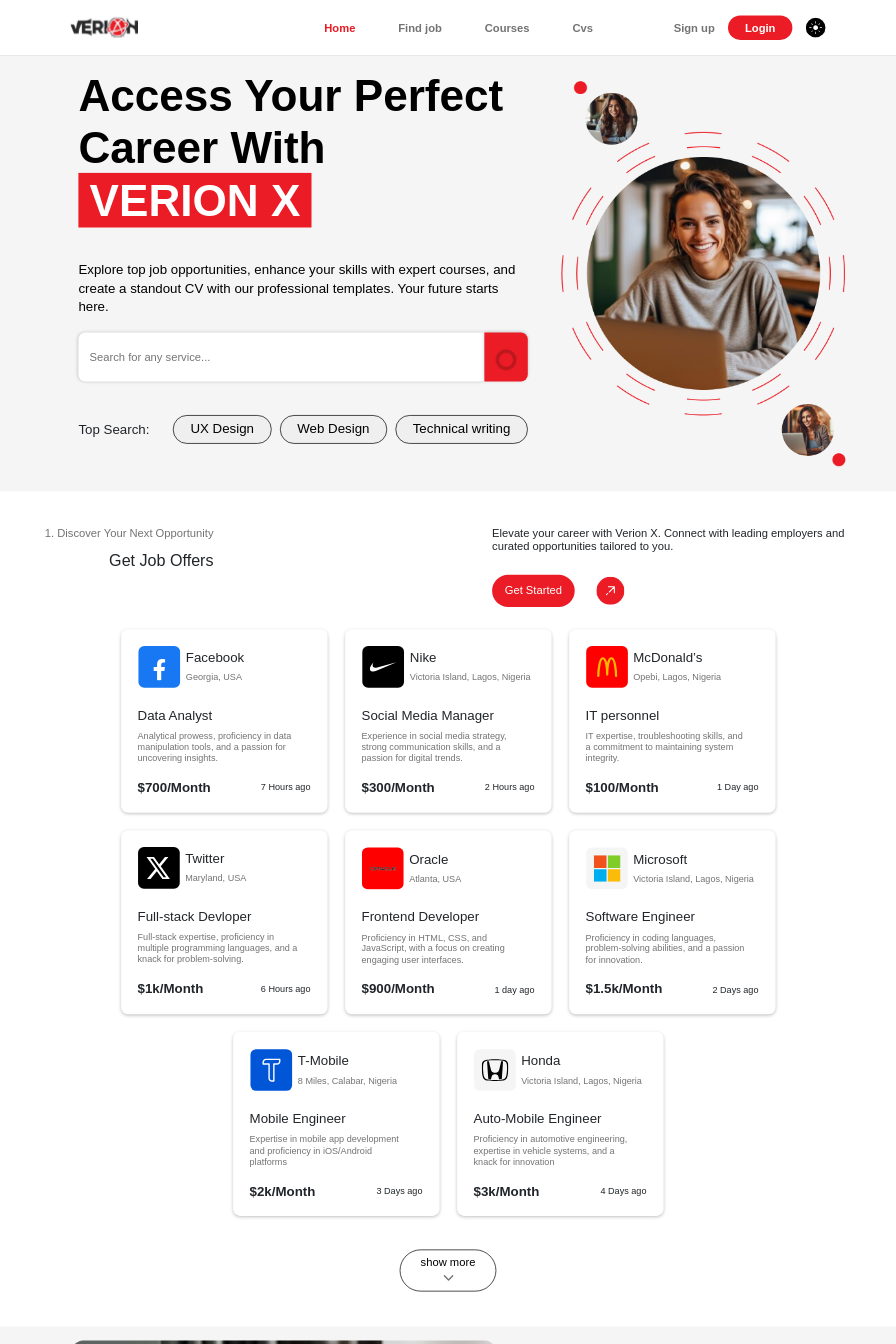
Repository: SahMenz/verionX
Page: /, after clicking the first element matching `button.bg-eb`
These files come from the project's save history. The page is drawn as it stood at one moment and after the next save; the edit follows.
The browser window is 1280 px wide. The pictures show the part of the page from y = 0 to 1920 px (the page is 5378 px tall before and 5370 px after), at 70% of full size.
The page's requests for data from a server got no answer. The project was rebuilt for these pictures with package versions that can differ from the ones it lists, and the page was loaded fresh each time. No one was signed in, and anything a server would have sent is missing. Also part of the build but not shown: vite.config.js.

Above is the page before, as saved 2024-06-28 11:19:21.

After the next save:
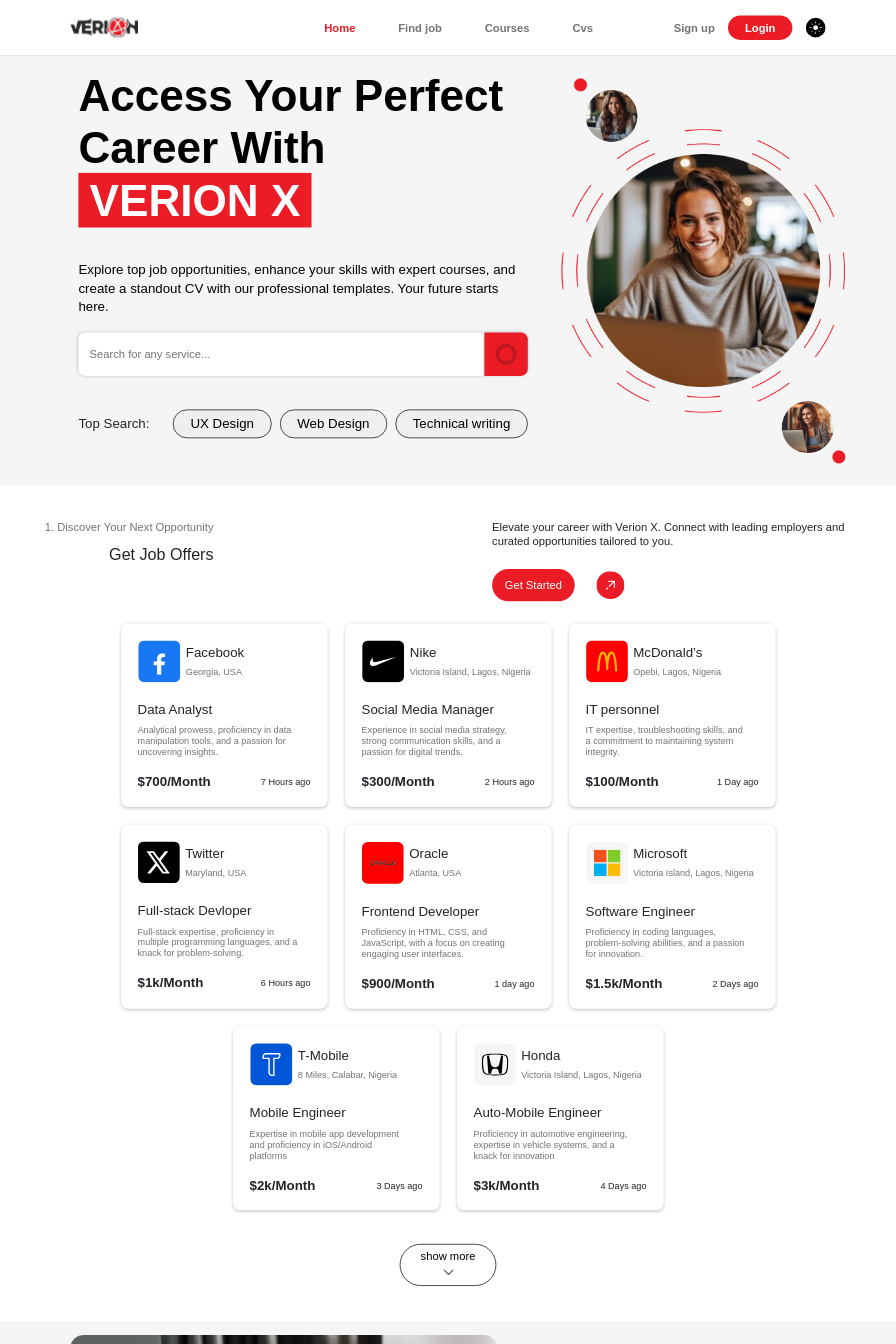
Saved 4 s later.
--- a/src/components/home/hero/hero.css
+++ b/src/components/home/hero/hero.css
@@ -13,7 +13,7 @@
     width: 30px;
     height: 30px;
     animation: spin 1s linear infinite;
-    margin-top: 8px;
+    /* margin-top: 8px; */
     -webkit-border-radius: 50%;
     -moz-border-radius: 50%;
     -ms-border-radius: 50%;
